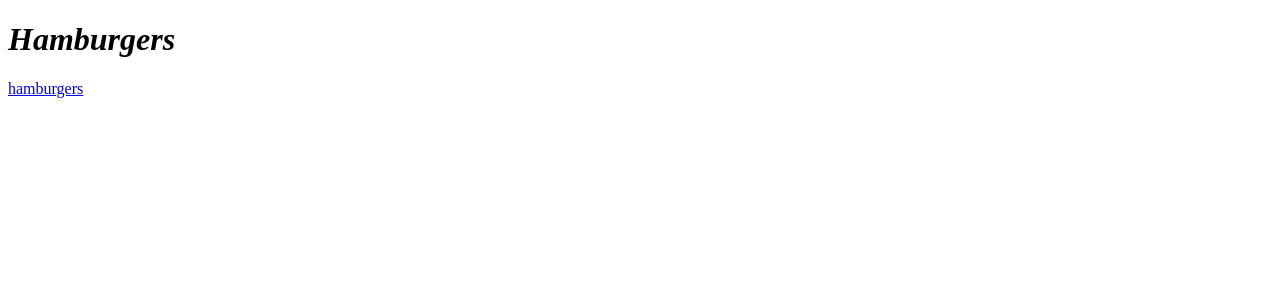
Repository: Spencertainty/practice-time
Page: recipes/hamburgers.html
These files come from the project's save history. The page is drawn as it stood at one moment and after the next save; the edit follows.
The browser window is 1280 px wide. The pictures show the whole page.

Above is the page before, as saved 2023-10-26 17:10:34.

### recipes/hamburgers.html
<!DOCTYPE html>
<!--[if lt IE 7]>      <html class="no-js lt-ie9 lt-ie8 lt-ie7"> <![endif]-->
<!--[if IE 7]>         <html class="no-js lt-ie9 lt-ie8"> <![endif]-->
<!--[if IE 8]>         <html class="no-js lt-ie9"> <![endif]-->
<!--[if gt IE 8]>      <html class="no-js"> <!--<![endif]-->
<html>
    <head>
        <meta charset="utf-8">
        <meta http-equiv="X-UA-Compatible" content="IE=edge">
        <title>hamburgers</title>
        <meta name="description" content="">
        <meta name="viewport" content="width=device-width, initial-scale=1">
        <link rel="stylesheet" href="">
    </head>

    <body>
        <!--[if lt IE 7]>
            <p class="browsehappy">You are using an <strong>outdated</strong> browser. Please <a href="#">upgrade your browser</a> to improve your experience.</p>
        <![endif]-->
        <h1><em>Hamburgers</em></h1>
        <a href="recipes/hamburgers.html">hamburgers</a>
        <script src="" async defer></script>
    </body>
</html>

After the next save:
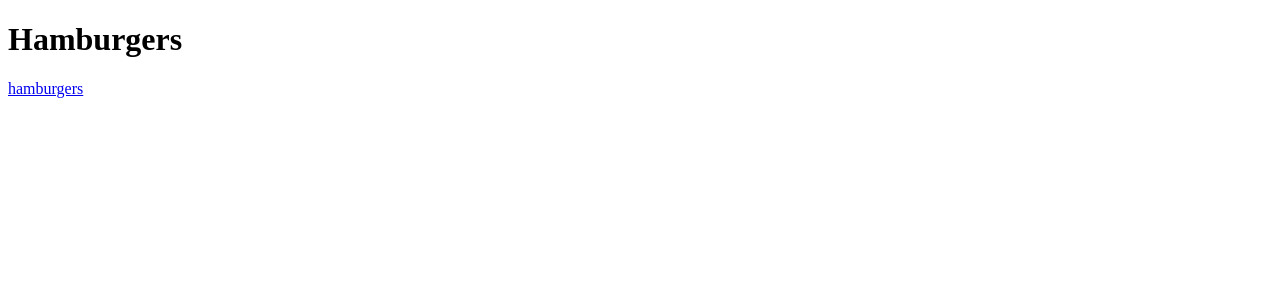
Saved 33 s later.
--- a/recipes/hamburgers.html
+++ b/recipes/hamburgers.html
@@ -17,7 +17,7 @@
         <!--[if lt IE 7]>
             <p class="browsehappy">You are using an <strong>outdated</strong> browser. Please <a href="#">upgrade your browser</a> to improve your experience.</p>
         <![endif]-->
-        <h1><em>Hamburgers</em></h1>
+        <h1><b>Hamburgers</b></h1>
         <a href="recipes/hamburgers.html">hamburgers</a>
         <script src="" async defer></script>
     </body>
